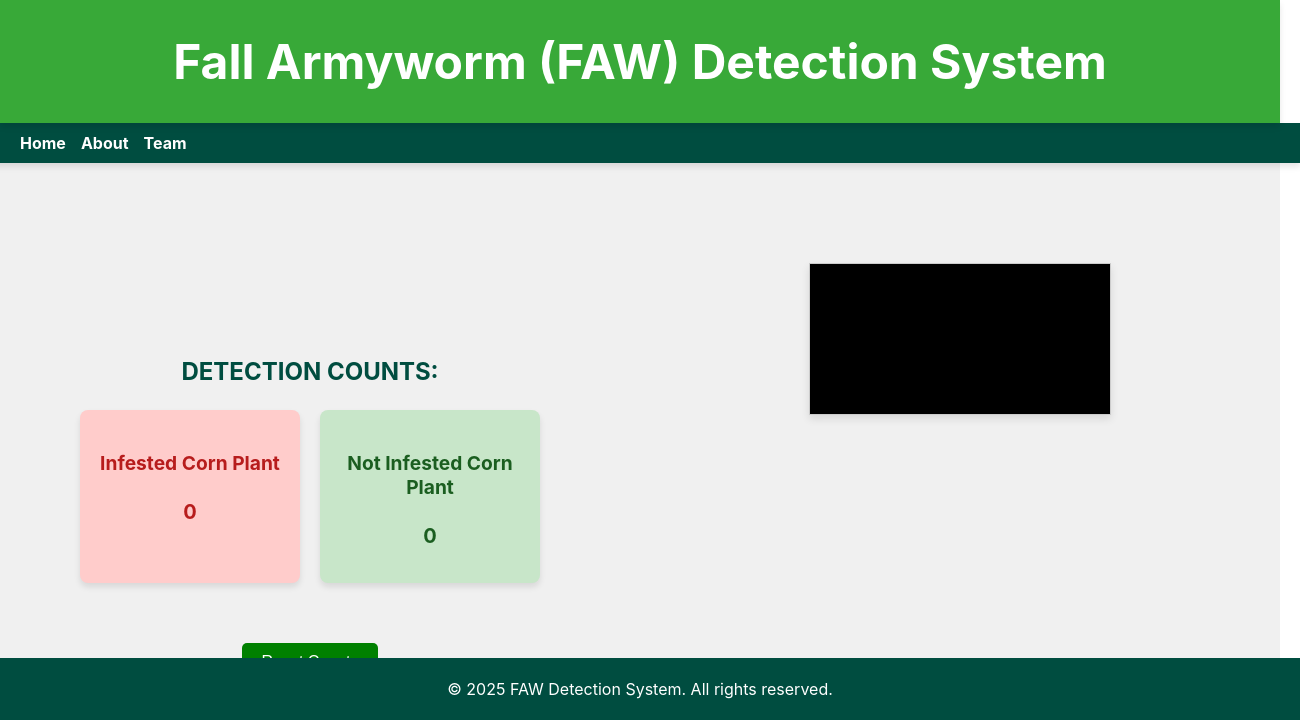
Repository: jansen223/faw-detection-main
Page: /
These files come from the project's save history. The page is drawn as it stood at one moment and after the next save; the edit follows.
The browser window is 1280 px wide. The page is 1300 px wide, so the pictures cover 1300 px, including what lies to the right of the window. The pictures show the whole page.
The page's requests for data from a server got no answer. The project was rebuilt for these pictures with package versions that can differ from the ones it lists, and the page was loaded fresh each time. No one was signed in, and anything a server would have sent is missing. Also part of the build but not shown: src/pages/About.css, src/pages/About.js, src/pages/Team.css, src/pages/Team.js.

Above is the page before, as saved 2025-04-10 12:25:06.

### public/index.html
<!DOCTYPE html>
<html lang="en">
<head>
  <meta charset="utf-8" />
  <link rel="icon" href="%PUBLIC_URL%/maize_icon.jpg" />
  <meta name="viewport" content="width=device-width, initial-scale=1" />
  <meta name="theme-color" content="#000000" />
  <meta name="description" content="FAW Detection Web Interface" />
  <title>FAW Detection</title>
</head>
<body>
  <noscript>You need to enable JavaScript to run this app.</noscript>
  <div id="root"></div>
</body>
</html>

### src/App.js
import React, { useEffect, useRef } from 'react';
import { BrowserRouter as Router, Routes, Route, Link } from 'react-router-dom';
import { io } from 'socket.io-client';
import Home from './pages/Home';
import About from './pages/About';
import Team from './pages/Team';
import './App.css';

function App() {
  const canvasRef = useRef(null);
  const socketRef = useRef(null);
  const [counts, setCounts] = React.useState({ infested: 0, notInfested: 0 });

  useEffect(() => {
    socketRef.current = io('http://192.168.254.108:5000');

    let lastRenderTime = 0;
    socketRef.current.on('video_frame', (data) => {
      const now = Date.now();
      if (now - lastRenderTime < 100) return; // Skip frames if less than 100ms
      lastRenderTime = now;

      const img = new Image();
      img.src = `data:[embedded picture, 38 characters]

      img.onload = () => {
        const canvas = canvasRef.current;
        if (!canvas) return;
        const ctx = canvas.getContext('2d');
        canvas.width = img.width;
        canvas.height = img.height;
        ctx.drawImage(img, 0, 0);
      };
    });

    socketRef.current.on('detection_counts', (data) => {
      setCounts({
        infested: data.infested_count,
        notInfested: data.not_infested_count
      });
    });

    return () => {
      if (socketRef.current) socketRef.current.disconnect();
    };
  }, []);

  const resetCounts = async () => {
    try {
      const response = await fetch('http://192.168.254.108:5000/reset_counts', {
        method: 'POST',
      });
      const data = await response.json();
      if (data.message) {
        setCounts({ infested: 0, notInfested: 0 });
        alert(data.message);
      }
    } catch (error) {
      console.error('Error resetting counts:', error);
    }
  };

  return (
    <Router>
      <div className="App">
        <header className="App-header">
          <h1>Fall Armyworm (FAW) Detection System</h1>
        </header>
        <nav className="App-navbar">
          <ul>
            <li><Link to="/">Home</Link></li>
            <li><Link to="/about">About</Link></li>
            <li><Link to="/team">Team</Link></li>
          </ul>
        </nav>
        <Routes>
          <Route path="/" element={<Home canvasRef={canvasRef} counts={counts} resetCounts={resetCounts} />} />
          <Route path="/about" element={<About />} />
          <Route path="/team" element={<Team />} />
        </Routes>
        <footer className="App-footer">
          <p>&copy; 2025 FAW Detection System. All rights reserved.</p>
        </footer>
      </div>
    </Router>
  );
}

export default App;

### src/pages/Home.js
import React from 'react';
import './Home.css';

function Home({ canvasRef, counts, resetCounts }) {
  return (
    <div className="layout-container">
      {/* Detection Section */}
      <div className="detection-section">
        <h3>DETECTION COUNTS:</h3>
        <div className="detection-cards">
          <div className="card infested">
            <h4>Infested Corn Plant</h4>
            <p>{counts.infested}</p>
          </div>
          <div className="card not-infested">
            <h4>Not Infested Corn Plant</h4>
            <p>{counts.notInfested}</p>
          </div>
        </div>
        <button onClick={resetCounts} className="reset-button">
          Reset Counts
        </button>
      </div>

      {/* Camera Section */}
      <div className="camera-section">
        <canvas ref={canvasRef} />
      </div>
    </div>
  );
}

export default Home;

### src/App.css
body {
  margin: 0;
  padding: 0;
}

.App {
  text-align: center;
  background-color: #f0f0f0;
  min-height: 100vh;
  display: flex;
  flex-direction: column;
  align-items: center;
}

.App-header {
  background-color: rgba(9, 151, 9, 0.795);
  color: white;
  text-align: center;
  font-size: 1.5rem;
  font-weight: bold;
  box-shadow: 0 4px 6px rgba(0, 0, 0, 0.1);
  position: sticky;
  top: 0;
  z-index: 1000;
  width: 100%;
  margin: 0;
  box-sizing: border-box;
}

.App-navbar {
  background-color: #004d40;
  color: white;
  padding: 10px 20px;
  position: sticky;
  display: flex;
  justify-content: space-between;
  align-items: center;
  box-shadow: 0 4px 6px rgba(0, 0, 0, 0.1);
  width: 100%;
}

.App-navbar ul {
  list-style: none;
  display: flex;
  gap: 15px;
  margin: 0;
  padding: 0;
  padding-left: 20px;
}

.App-navbar a {
  color: white;
  text-decoration: none;
  font-weight: bold;
}

.App-navbar a:hover {
  text-decoration: underline;
}

.App-footer {
  background-color: #004d40;
  color: white;
  padding: 5px 20px;
  text-align: center;
  position: fixed;
  bottom: 0;
  width: 100%;
}

### src/pages/Home.css
.layout-container {
  display: flex;
  justify-content: center;
  align-items: flex-start;
  gap: 100px;
  width: 100%;
  padding: 20px;
  box-sizing: border-box;
}

.detection-section {
  flex: 1;
  max-width: 600px;
  text-align: center;
  margin-top: 150px;
  margin-left: 60px;
  margin-right: 20px;
}

.detection-section h3 {
  font-size: 1.5rem;
  font-weight: bold;
  color: #004d40;
}

.detection-cards {
  display: flex;
  gap: 20px;
  margin-top: 10px;
}

.detection-cards .card {
  padding: 15px;
  border-radius: 8px;
  box-shadow: 0 4px 6px rgba(0, 0, 0, 0.1);
  text-align: center;
  flex: 1;
  transition: transform 0.3s ease;
}

.detection-cards .card:hover {
  transform: scale(1.05);
}

.detection-cards .card.infested {
  background-color: #ffcccb;
  color: #b71c1c;
}

.detection-cards .card.not-infested {
  background-color: #c8e6c9;
  color: #1b5e20;
}

.detection-cards .card h4 {
  font-size: 1.2rem;
}

.detection-cards .card p {
  font-size: 1.25rem;
  font-weight: bold;
}

.camera-section {
  flex: 2;
  display: flex;
  justify-content: center;
  max-width: 600px;
}

canvas {
  box-shadow: 0 4px 8px rgba(0, 0, 0, 0.1);
  background: black;
  margin-top: 80px;
  max-width: 100%;
  border: 1px solid #ccc;
}

.reset-button {
  margin-top: 60px;
  padding: 10px 20px;
  background-color: green;
  color: white;
  border: none;
  border-radius: 5px;
  cursor: pointer;
  font-size: 1rem;
  transition: background-color 0.3s ease;
}

.reset-button:hover {
  background-color: darkgreen;
}

Loaded but not shown: src/index.js (common file); src/index.css (common file); src/reportWebVitals.js (common file)

After the next save:
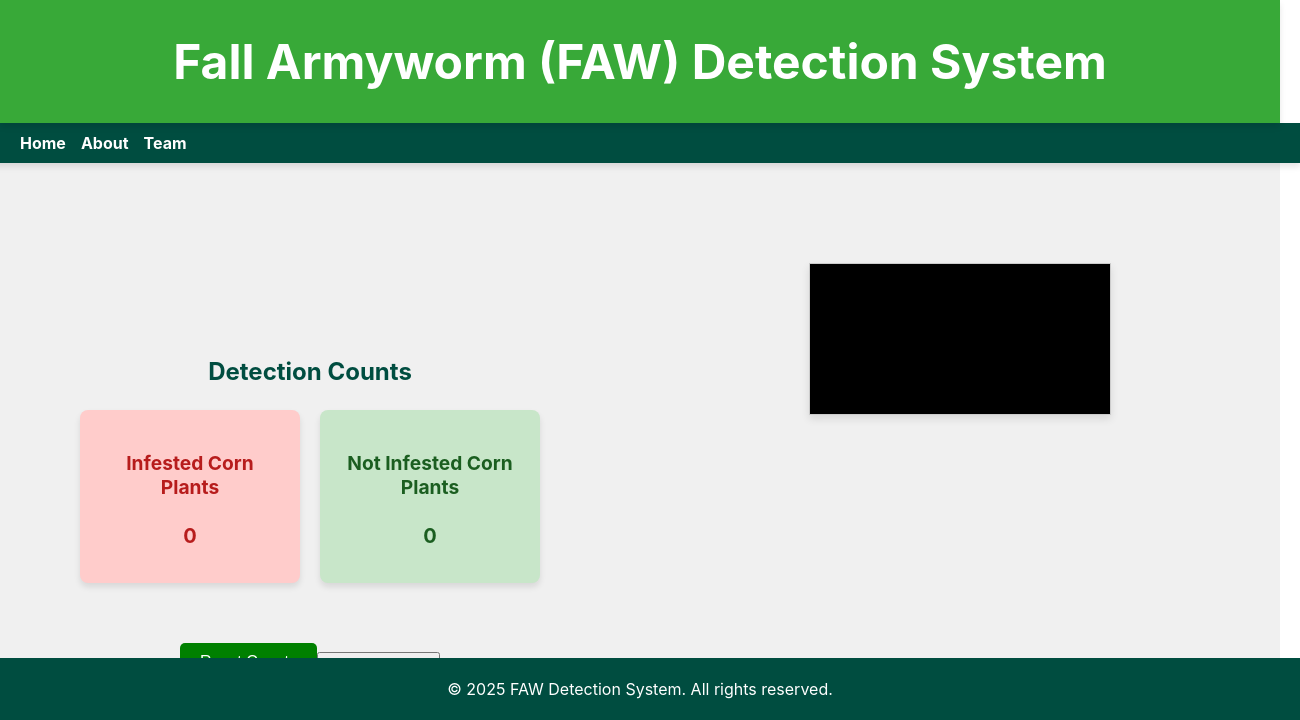
Saved 25 s later.
--- a/src/pages/Home.js
+++ b/src/pages/Home.js
@@ -1,28 +1,35 @@
 import React from 'react';
+import { useNavigate } from 'react-router-dom';
 import './Home.css';
 
 function Home({ canvasRef, counts, resetCounts }) {
+  const navigate = useNavigate();
+
+  const handleViewPercentages = () => {
+    navigate('/percentages');
+  };
+
   return (
     <div className="layout-container">
-      {/* Detection Section */}
       <div className="detection-section">
-        <h3>DETECTION COUNTS:</h3>
+        <h3>Detection Counts</h3>
         <div className="detection-cards">
           <div className="card infested">
-            <h4>Infested Corn Plant</h4>
+            <h4>Infested Corn Plants</h4>
             <p>{counts.infested}</p>
           </div>
           <div className="card not-infested">
-            <h4>Not Infested Corn Plant</h4>
+            <h4>Not Infested Corn Plants</h4>
             <p>{counts.notInfested}</p>
           </div>
         </div>
         <button onClick={resetCounts} className="reset-button">
           Reset Counts
         </button>
+        <button onClick={handleViewPercentages} className="view-percentages-button">
+          View Percentages
+        </button>
       </div>
-
-      {/* Camera Section */}
       <div className="camera-section">
         <canvas ref={canvasRef} />
       </div>
